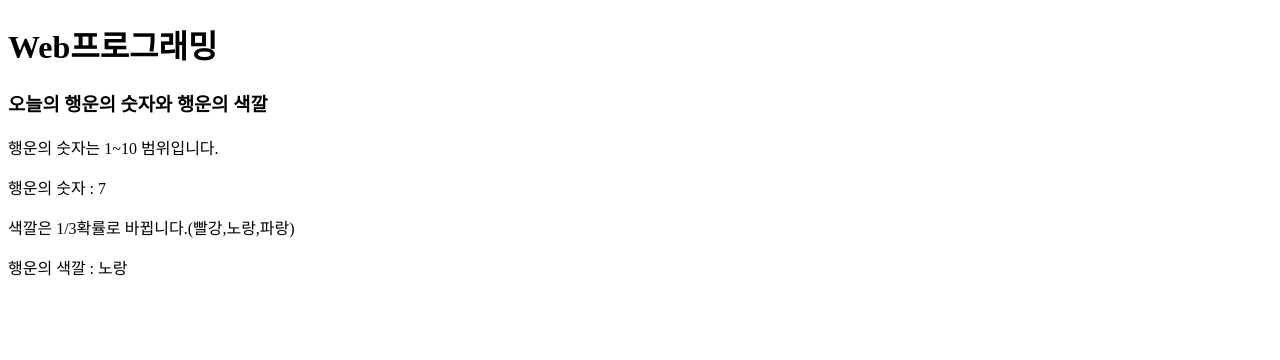
Repository: JongMin22/jsp.practice
Page: http://localhost/JSPBasic/JsPTag/TagQ01.jsp
An editor plug-in stored every save of this project. The page is shown before and after the next save, followed by the edit.
The browser window is 1280 px wide. The pictures show the whole page.
The page is served by Tomcat 9.

Above is the page before, as saved 2022-01-28 06:14:42.

After the next save:
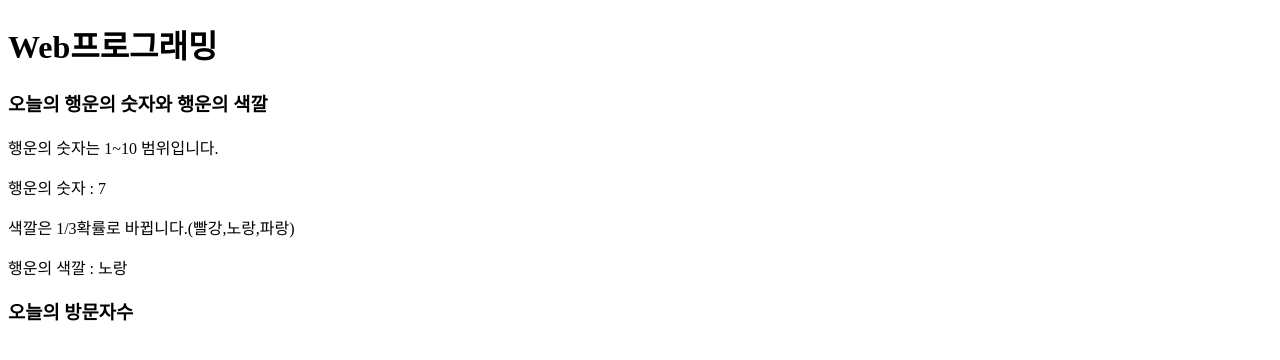
Saved 17 s later.
--- a/JSPBasic/src/main/webapp/JsPTag/TagQ01.jsp
+++ b/JSPBasic/src/main/webapp/JsPTag/TagQ01.jsp
@@ -39,5 +39,6 @@
 	<p>행운의 숫자 : <%= randomNumber() %> </p>
 	<p>색깔은 1/3확률로 바뀝니다.(빨강,노랑,파랑)</p>
 	<p>행운의 색깔 : <%= randomColor() %></p>
+	<h3>오늘의 방문자수</h3>
 </body>
 </html>
